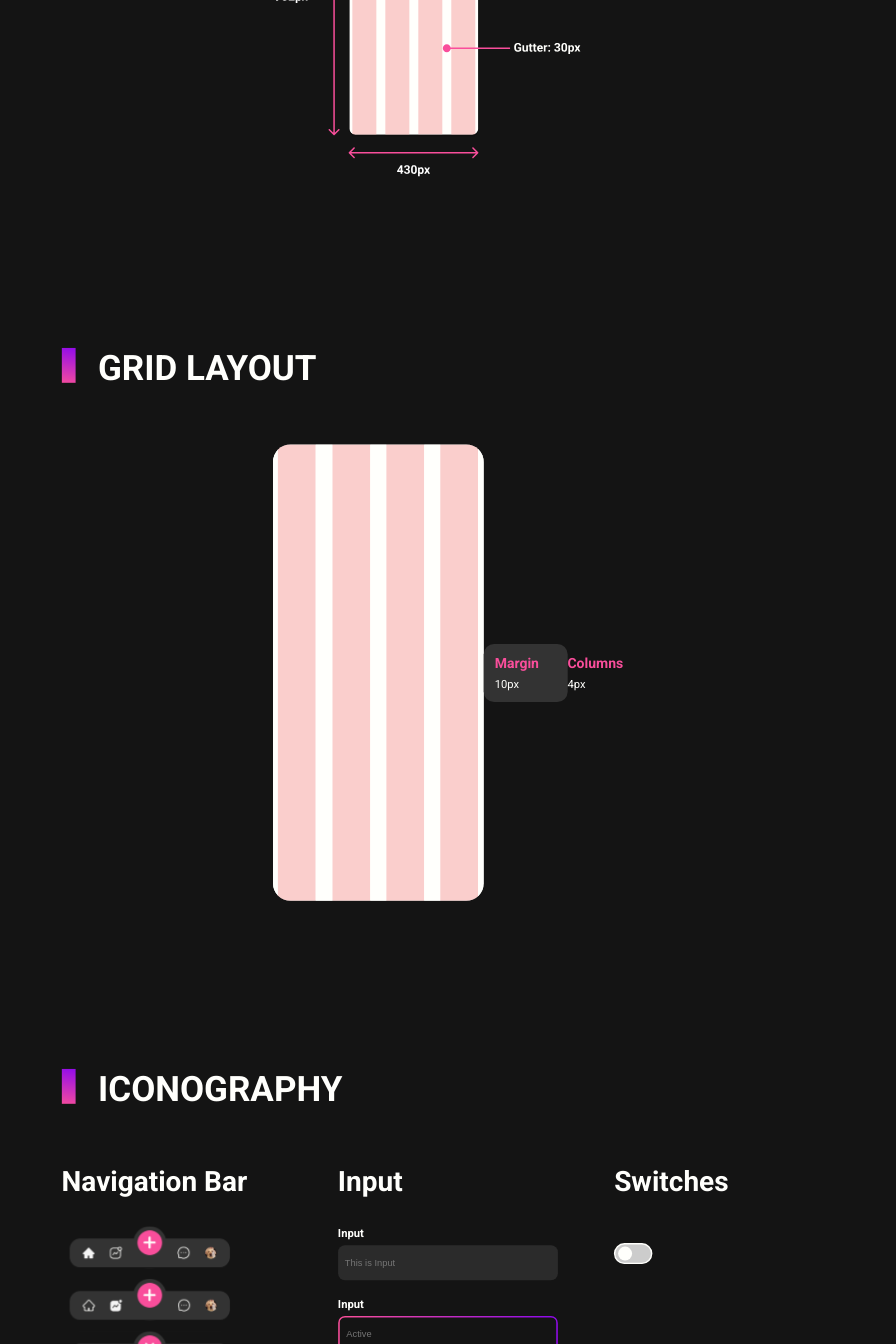
Repository: MonicaNguyenH/artflow_frontend_vanJS
Page: index.html
An editor plug-in stored every save of this project. The page is shown before and after the next save, followed by the edit.
The browser window is 1280 px wide. The pictures show the part of the page from y = 2847 to 4767 px (the page is 6020 px tall), at 70% of full size.
Some web fonts or font styles are not loaded; a fallback is used.

Above is the page before, as saved 2024-05-07 11:17:02.

After the next save:
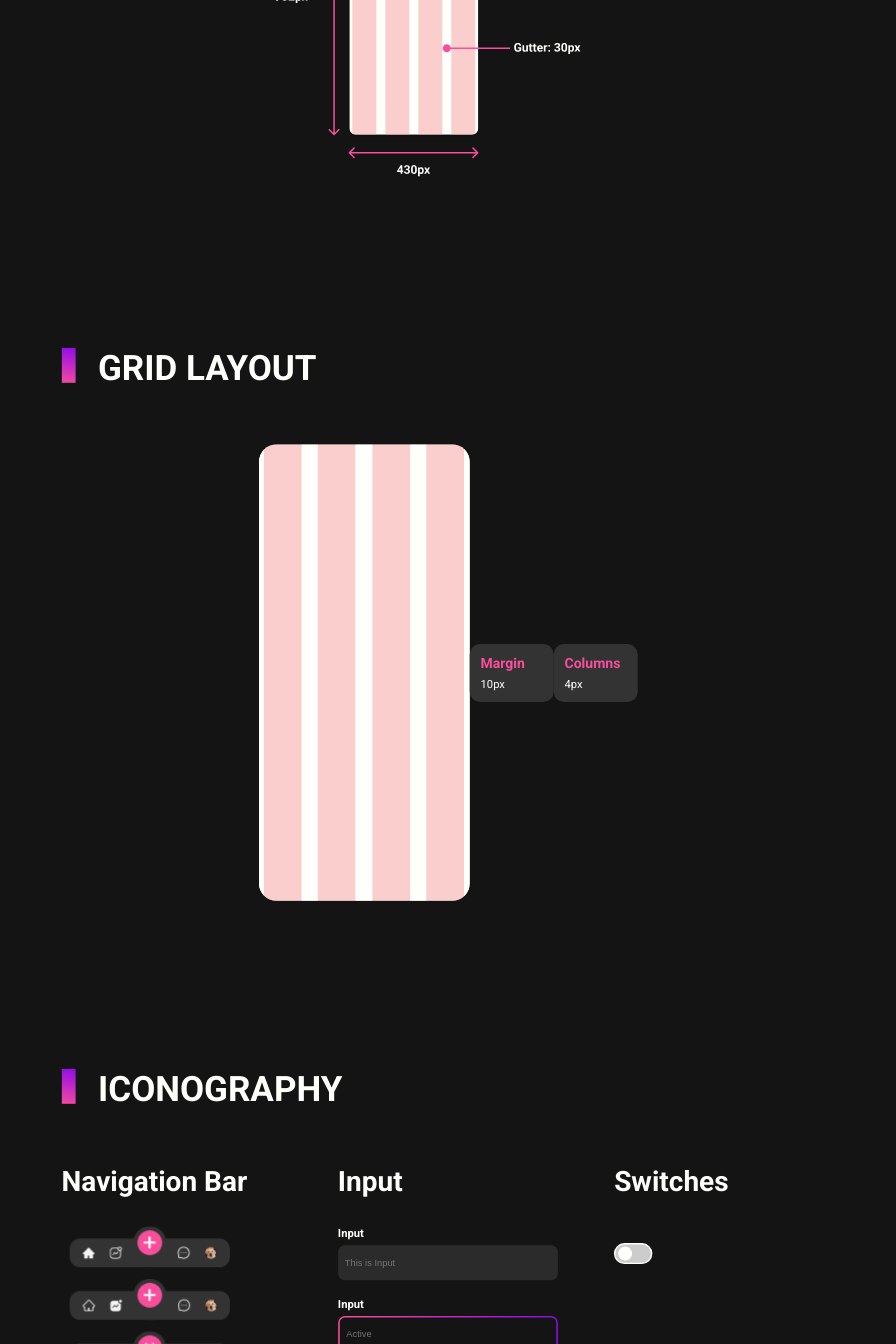
Saved 14 s later.
--- a/css/style.css
+++ b/css/style.css
@@ -522,7 +522,8 @@ input:checked + .slider:before {
 }
 
 /*** GRID OVERLAY ***/
-.grid-margin-overlay {
+.grid-margin-overlay,
+.grid-col-overlay {
     background: var(--dark-grey);
     width: 120px;
     border-radius: 15px;
